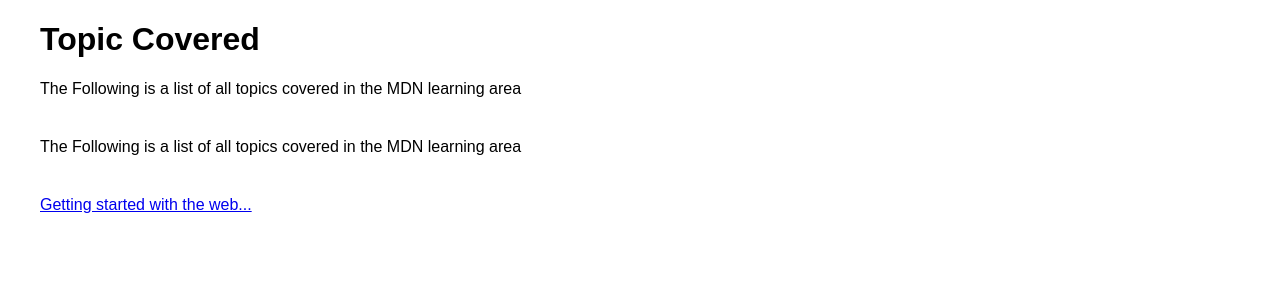
Repository: sriram1224/ReactProjects.github.io
Page: Assignments/Assignment1/index.html
The author's editor kept a copy of each file at every save. The page is drawn from the files as they stood at one save, then again after the next save.
The browser window is 1280 px wide. The pictures show the whole page.

Above is the page before, as saved 2024-03-01 09:58:43.

After the next save:
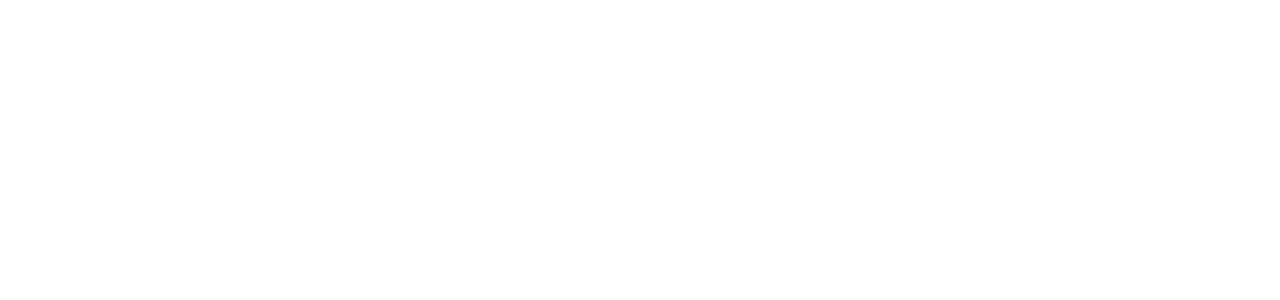
Console error (its wording comes from the project's code and is left out).
Saved 46 s later.
--- a/Assignments/Assignment1/index.html
+++ b/Assignments/Assignment1/index.html
@@ -45,9 +45,7 @@
       null,
       [
       React.createElement(
-      'p',
-      {id: 'para'},
-      'The Following is a list of all topics covered in the MDN learning area')
+      ),
    ]);
 
     const TopicList = () => React.createElement(

After the 2 saves that followed:
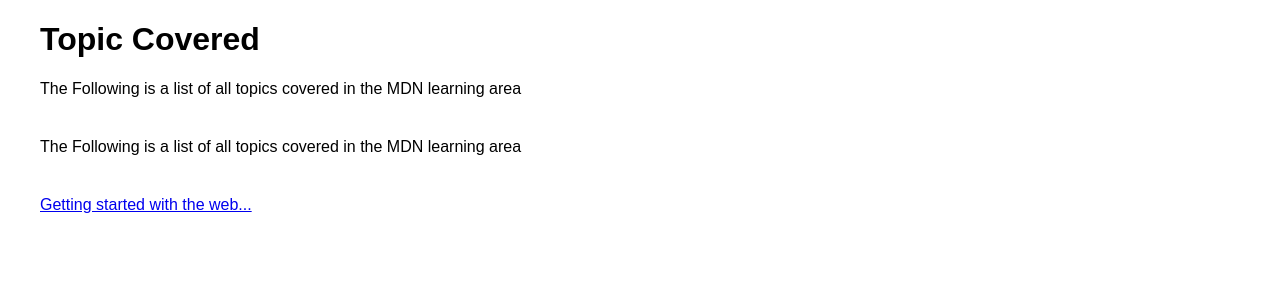
The error is gone.
The 2 saves are shown as one change because 1 left the picture as it was.
The last was saved 21 s later.
--- a/Assignments/Assignment1/index.html
+++ b/Assignments/Assignment1/index.html
@@ -45,7 +45,9 @@
       null,
       [
       React.createElement(
-      ),
+      'p',
+      {id: 'para'},
+      'The Following is a list of all topics covered in the MDN learning area')
    ]);
 
     const TopicList = () => React.createElement(
